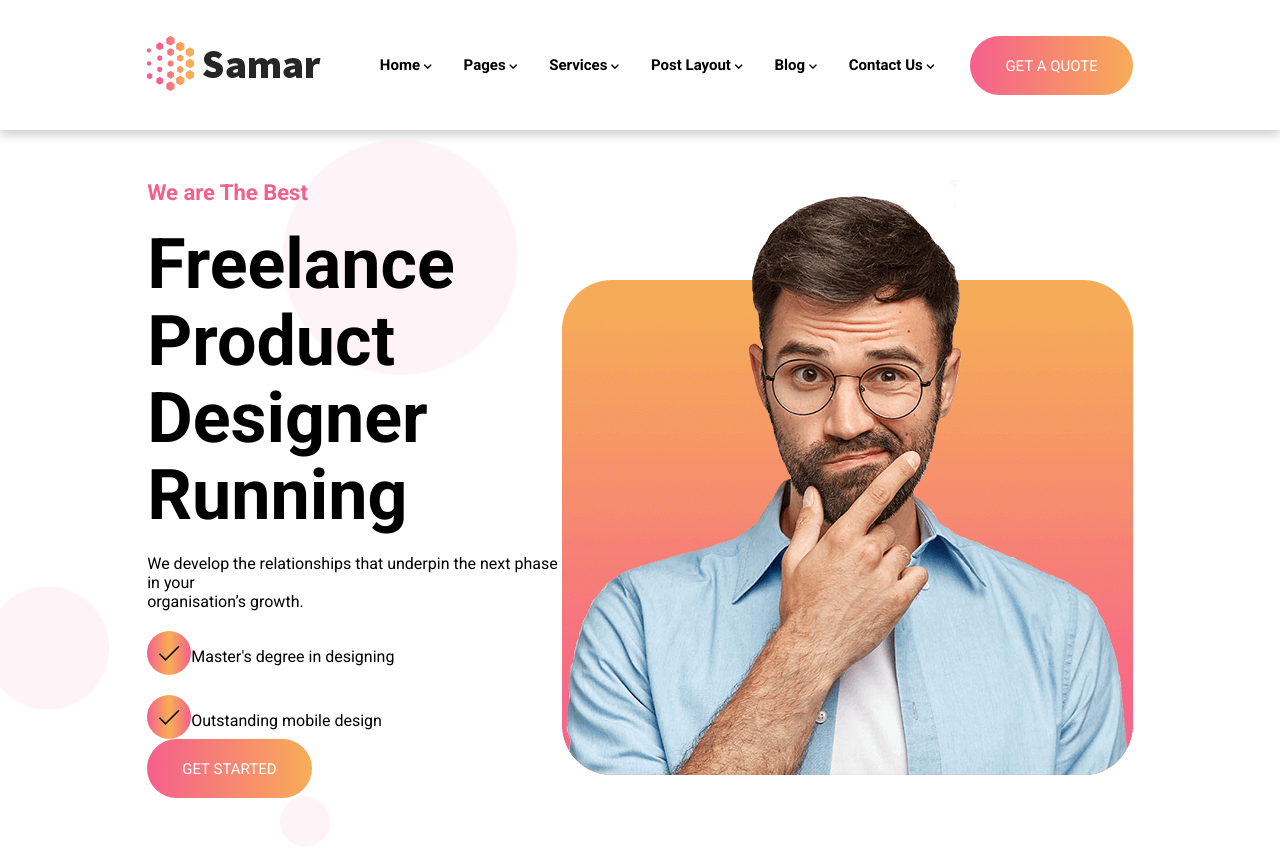
Repository: leequanganh/sammar
Page: html/index.html
These files come from the project's save history. The page is drawn as it stood at one moment and after the next save; the edit follows.
The browser window is 1280 px wide. The pictures show the whole page.

Above is the page before, as saved 2021-12-09 14:49:09.

After the next save:
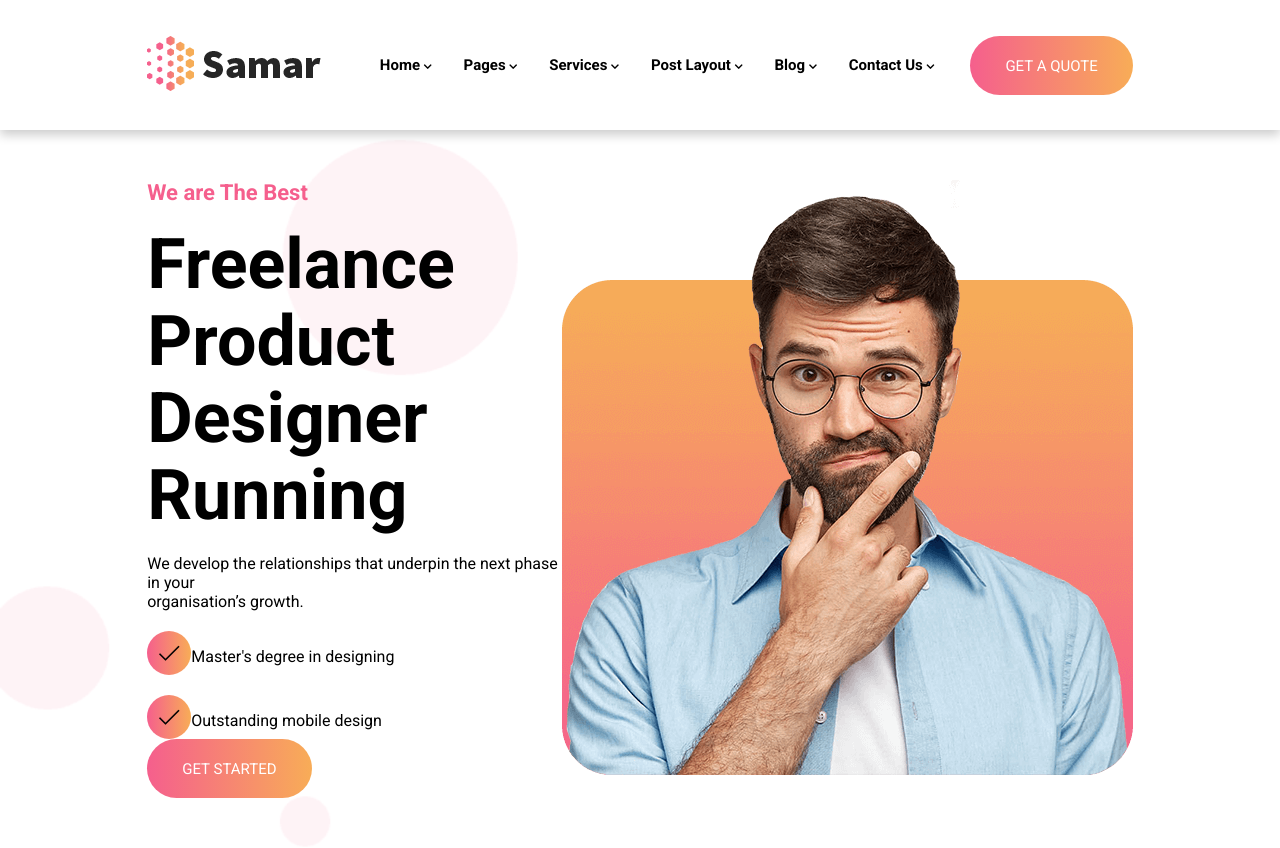
Saved 5 s later.
--- a/css/index.css
+++ b/css/index.css
@@ -149,7 +149,7 @@ span{
     padding: 10px;
     background-image: linear-gradient(to right,#f55f8d 0,#f8ae56 51%,#f55f8d 100%);
     border-radius: 50%;
-    ba
+    background-size: 200%;
 }
 
 .banner_img{
